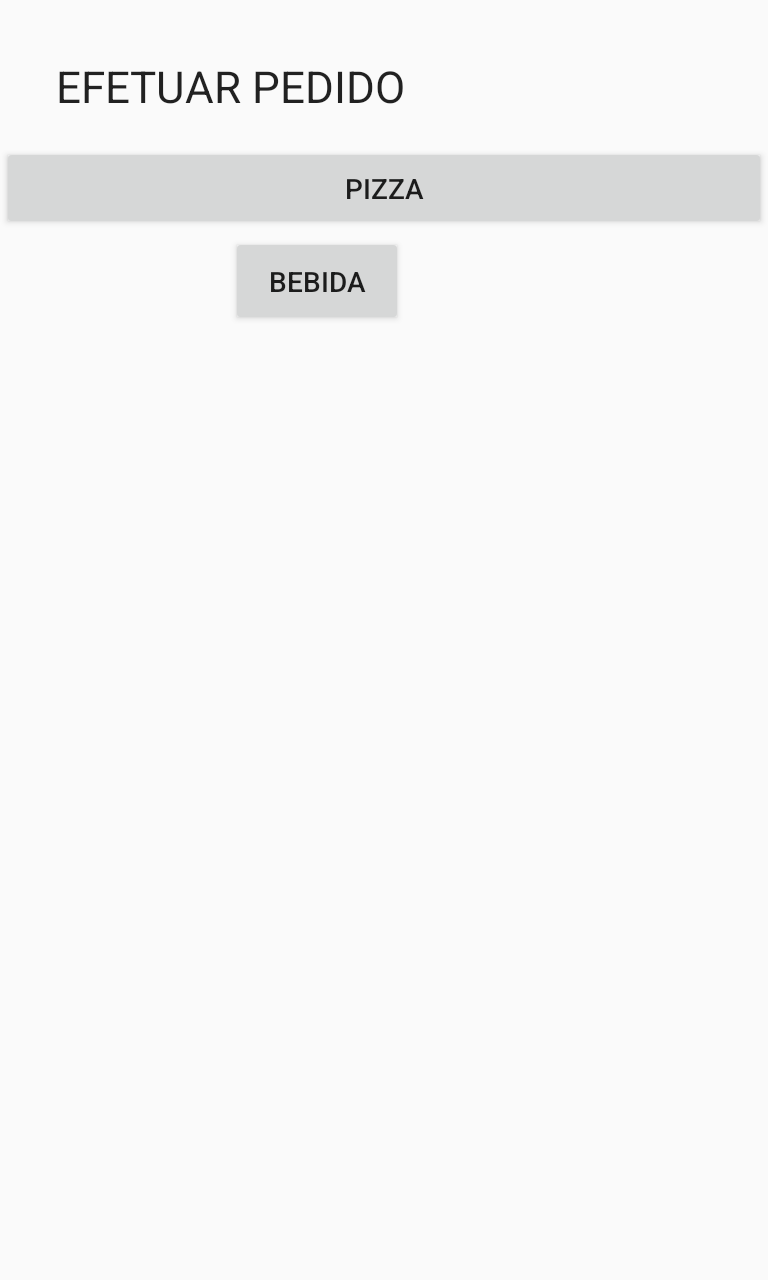
Repository: LucasSampaio/SysPizza-PSI
Layout: CodigoFonte/MOBILE/SysPizza/res/layout/activity_efetuar_pedido.xml
The author's editor kept a copy of each file at every save. The layout is drawn from the files as they stood at one save, then again after the next save.
It is drawn on a 768 x 1280 px phone screen (xhdpi) without system bars, with theme AppTheme; the app's code is not run.

Above is the layout before, as saved 2014-09-25 13:04:43.

After the next save:
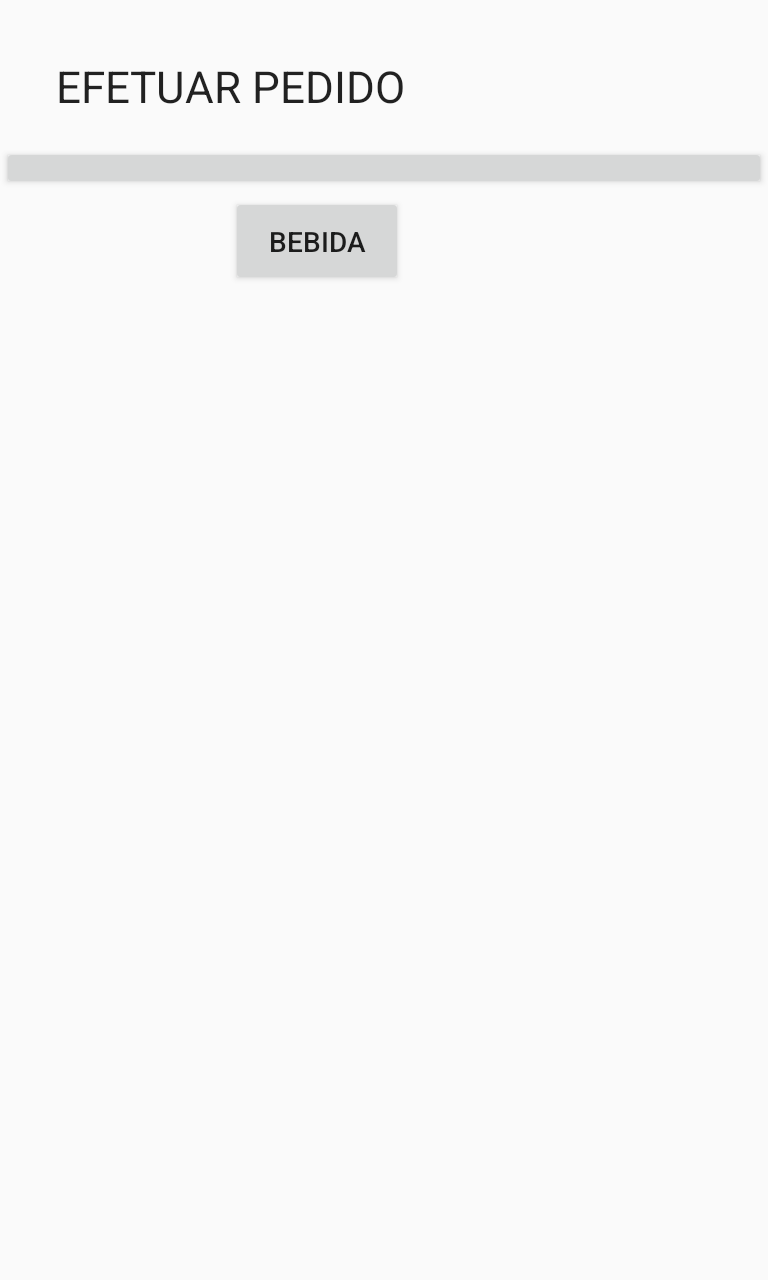
Saved 7 s later.
--- a/CodigoFonte/MOBILE/SysPizza/res/layout/activity_efetuar_pedido.xml
+++ b/CodigoFonte/MOBILE/SysPizza/res/layout/activity_efetuar_pedido.xml
@@ -18,7 +18,7 @@
     <Button
         android:id="@+id/button1"
         android:layout_width="fill_parent"
-        android:layout_height="45dp"
+        android:layout_height="25dp"
         android:layout_below="@+id/textView1"
         android:layout_centerHorizontal="true"
         android:layout_marginTop="14dp"
